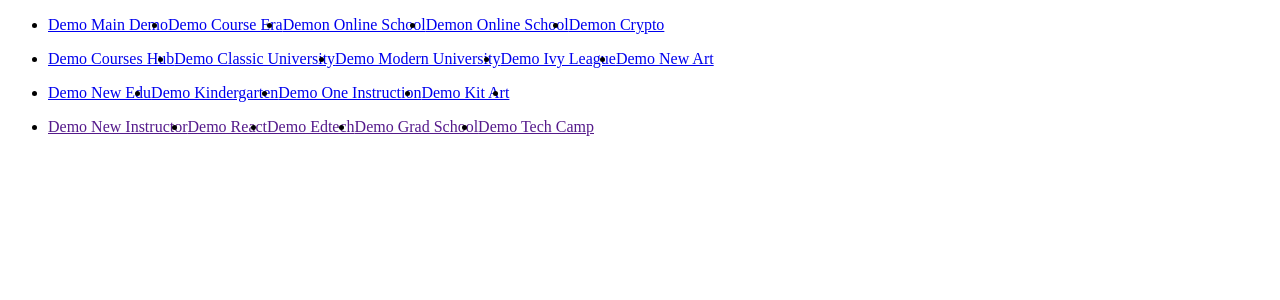
Repository: ibrkhalil/EduWebsite
Page: test.html
The author's editor kept a copy of each file at every save. The page is drawn from the files as they stood at one save, then again after a run of saves.
The browser window is 1280 px wide. The pictures show the whole page.

Above is the page before, as saved 2020-11-18 15:07:43.

After the next 3 saves:
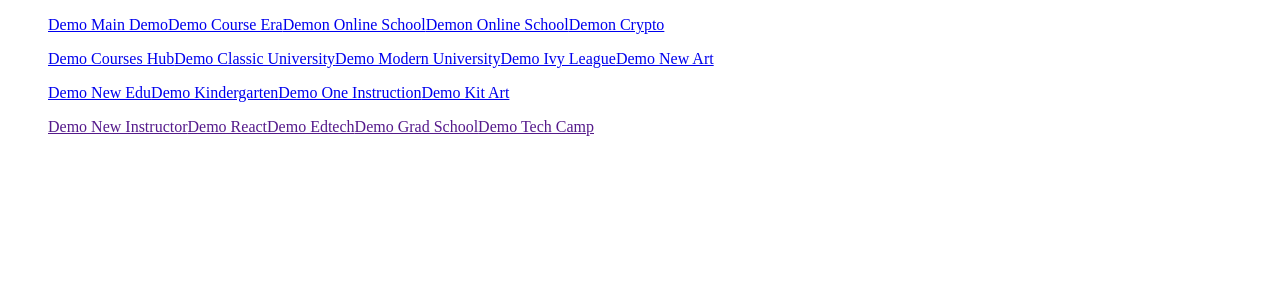
The 3 saves are shown as one change because they came seconds apart.
The last was saved 26 s later.
--- a/test.html
+++ b/test.html
@@ -38,6 +38,9 @@
 <style>
     ul{
         display: flex;
+        text-decoration: none;
+        list-style-type: none;
+
     }
 </style>
 </html>
